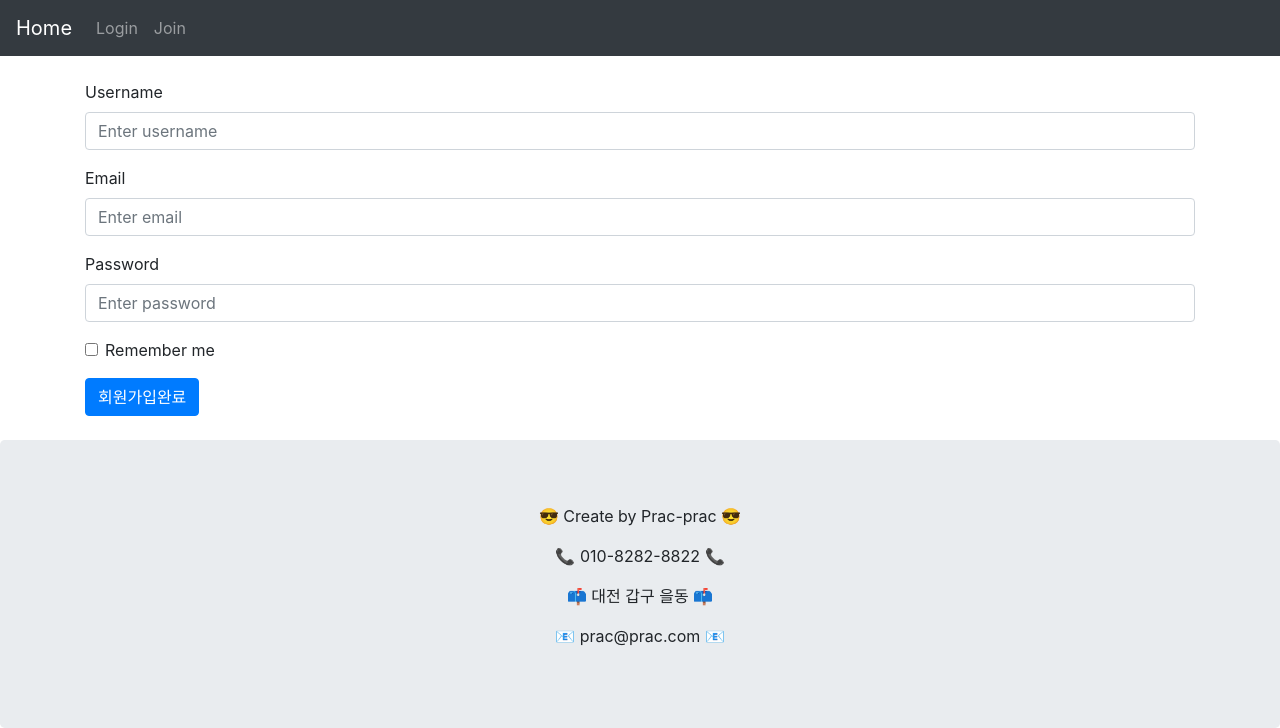
Repository: Prac-prac/Springboot-JPA-blog
Page: http://localhost/blog/WEB-INF/views/user/joinForm.jsp
These files come from the project's save history. The page is drawn as it stood at one moment and after the next save; the edit follows.
The browser window is 1280 px wide. The pictures show the whole page.
The page is served by Tomcat 9. Nobody is signed in. Other server files are loaded and not shown. The template is opened directly, without the code that normally fills it, so the values that code supplies are empty.

Above is the page before, as saved 2021-08-21 15:27:38.

### blog/src/main/webapp/WEB-INF/views/user/joinForm.jsp
<%@ page language="java" contentType="text/html; charset=utf-8" pageEncoding="utf-8"%>

<%@ include file="../layout/header.jsp"%>

<div class="container">
	<form action="/action_page.php">
		<div class="form-group">
			<label for="username">Username</label> <input type="text" class="form-control" placeholder="Enter username" id="username">
		</div>
		<div class="form-group">
			<label for="email">Email</label> <input type="email" class="form-control" placeholder="Enter email" id="email">
		</div>
		<div class="form-group">
			<label for="pwd">Password</label> <input type="password" class="form-control" placeholder="Enter password" id="pwd">
		</div>
		<div class="form-group form-check">
			<label class="form-check-label"> <input class="form-check-input" type="checkbox"> Remember me
			</label>
		</div>
		<button type="submit" class="btn btn-primary">회원가입완료</button>
	</form>


</div>



<%@ include file="../layout/footer.jsp"%>

### blog/src/main/webapp/WEB-INF/views/layout/header.jsp
<%@ page language="java" contentType="text/html; charset=utf-8" pageEncoding="utf-8"%>
<!DOCTYPE html>
<html lang="en">
<head>
<title>엔써 블로그</title>
<meta charset="utf-8">
<meta name="viewport" content="width=device-width, initial-scale=1">
<link rel="stylesheet" href="https://maxcdn.bootstrapcdn.com/bootstrap/4.5.2/css/bootstrap.min.css">
</head>
<body>

	<nav class="navbar navbar-expand-md bg-dark navbar-dark">
		<a class="navbar-brand" href="/blog">Home</a>
		<button class="navbar-toggler" type="button" data-toggle="collapse" data-target="#collapsibleNavbar">
			<span class="navbar-toggler-icon"></span>
		</button>
		<div class="collapse navbar-collapse" id="collapsibleNavbar">
			<ul class="navbar-nav">
				<li class="nav-item"><a class="nav-link" href="/blog/user/loginForm">Login</a></li>
				<li class="nav-item"><a class="nav-link" href="/blog/user/joinForm">Join</a></li>
			</ul>
		</div>
	</nav>
	<br />

### blog/src/main/webapp/WEB-INF/views/layout/footer.jsp
<%@ page language="java" contentType="text/html; charset=utf-8" pageEncoding="utf-8"%>

<br />
<div class="jumbotron text-center" style="margin-bottom: 0">
	<p>😎&nbsp;Create by Prac-prac&nbsp;😎</p>
	<p>📞&nbsp;010-8282-8822&nbsp;📞</p>
	<p>📫&nbsp;대전 갑구 을동&nbsp;📫</p>
	<p>📧&nbsp;prac@prac.com&nbsp;📧</p>
</div>

<script src="https://ajax.googleapis.com/ajax/libs/jquery/3.5.1/jquery.min.js"></script>
<script src="https://cdnjs.cloudflare.com/ajax/libs/popper.js/1.16.0/umd/popper.min.js"></script>
<script src="https://maxcdn.bootstrapcdn.com/bootstrap/4.5.2/js/bootstrap.min.js"></script>

</body>
</html>

After the next save:
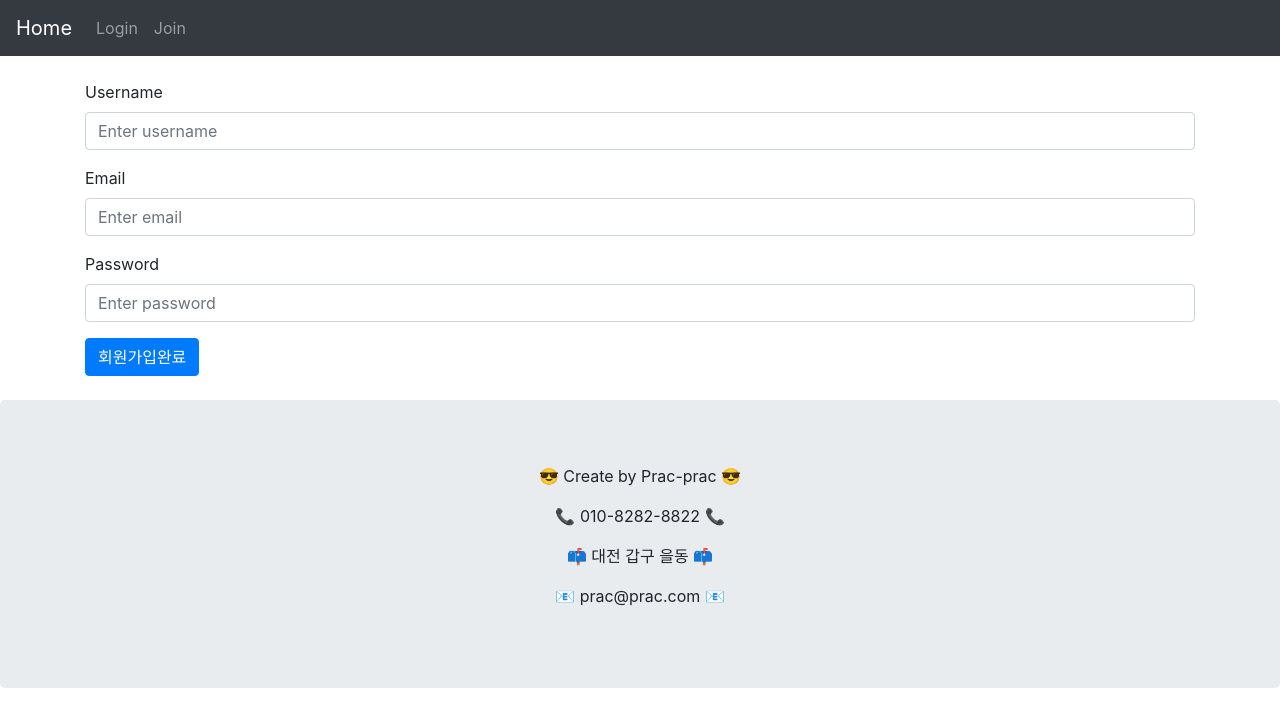
Saved 53 s later.
--- a/blog/src/main/webapp/WEB-INF/views/user/joinForm.jsp
+++ b/blog/src/main/webapp/WEB-INF/views/user/joinForm.jsp
@@ -13,10 +13,6 @@
 		<div class="form-group">
 			<label for="pwd">Password</label> <input type="password" class="form-control" placeholder="Enter password" id="pwd">
 		</div>
-		<div class="form-group form-check">
-			<label class="form-check-label"> <input class="form-check-input" type="checkbox"> Remember me
-			</label>
-		</div>
 		<button type="submit" class="btn btn-primary">회원가입완료</button>
 	</form>
 
